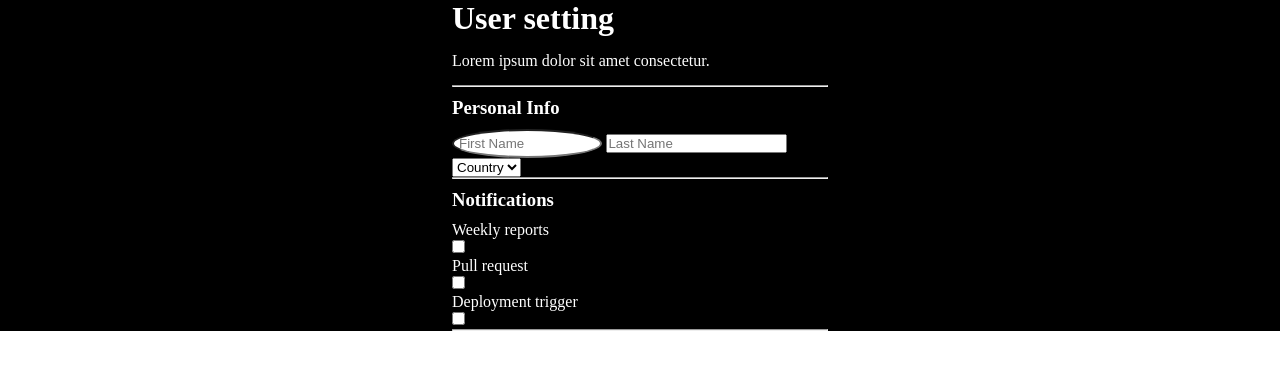
Repository: imokha01/DOM
Page: index.html
The author's editor kept a copy of each file at every save. The page is drawn from the files as they stood at one save, then again after the next save.
The browser window is 1280 px wide. The pictures show the whole page.

Above is the page before, as saved 2023-12-19 17:22:04.

### index.html
<!DOCTYPE html>
<html lang="en">
  <head>
    <meta charset="UTF-8" />
    <meta name="viewport" content="width=device-width, initial-scale=1.0" />
    <title>Document</title>
    <link rel="stylesheet" href="./index.css" />
  </head>
<body>
  <div class="form_container">
    <form action="#">
      <div>
          <h1>User setting</h1>
          <p id="userPara">Lorem ipsum dolor sit amet consectetur.</p>
      </div>
      <hr>
      <div>
        <h3>Personal Info</h3>
        <input type="text" class="firstName" placeholder="First Name">
        <input type="text" class="lastName" placeholder="Last Name"> <br>
        <select>
            <option value="country" disabled hidden selected>Country</option>
            <option value="Nigeria">Nigeria</option>
            <option value="ghana">Ghana</option>
            <option value="algeria">Algeria</option>
        </select>
        <hr>
        <div>
          <h3>Notifications</h3>
          <div class="weeklyReport">
            <p class="week-para">Weekly reports</p>
            <!-- Rounded switch -->
            <label class="switch">
                 <input type="checkbox">
                <span class="slider round"></span>
            </label>
          </div>
          <div class="pullRequest">
            <p class="pull-para">Pull request</p>
            <!-- Rounded switch -->
            <label class="switch">
                 <input type="checkbox">
                <span class="slider round"></span>
            </label>
          </div>
          <div class="deployment">
            <p class="depoly-para">Deployment trigger</p>
            <!-- Rounded switch -->
          <label class="switch">
                 <input type="checkbox">
                <span class="slider round"></span>
            </label>
          </div>
          <hr>



        </div>
      </div>
    </form>


  </div>
    <script src="./index.js"></script>
  </body>
</html>

### index.css
* {
    margin: 0;
    padding: 0;
    box-sizing: border-box;
}

.form_container {
    display: flex;
    justify-content: center;
    align-items: center;
    gap: 2px;
    background-color: black;
    color: while;
}

form {
    color: white;
}

#userPara {
    padding: 15px 0;
}

h3 {
    margin: 10px 0;
}

.firstName{
    width: 40%;
    padding: 5px;
    border-radius: 50%;
}







/* * The switch - the box around the slider */
/* .switch {
  position: relative;
  display: inline-block;
  width: 60px;
  height: 34px;
} */

/* Hide default HTML checkbox */
/* .switch input {
  opacity: 0;
  width: 0;
  height: 0;
} */

/* The slider */
/* .slider {
  position: absolute;
  cursor: pointer;
  top: 0;
  left: 0;
  right: 0;
  bottom: 0;
  background-color: #ccc;
  -webkit-transition: .4s;
  transition: .4s;
} */

.slider:before {
  position: absolute;
  content: "";
  height: 26px;
  width: 26px;
  left: 4px;
  bottom: 4px;
  -webkit-transition: .4s;
  transition: .4s;
}

input:checked + .slider {
  background-color: #2196F3;
}

input:focus + .slider {
  box-shadow: 0 0 1px #2196F3;
}

input:checked + .slider:before {
  -webkit-transform: translateX(26px);
  -ms-transform: translateX(26px);
  transform: translateX(26px);
}

/* Rounded sliders */
.slider.round {
  border-radius: 34px;
}

.slider.round:before {
  border-radius: 50%;
} */

### index.js
// const button = document.getElementsByTagName("button")[0]
// console.log(button)

// button.style.backgroundColor = "skyblue"
// button.style.padding = "20px";
// button.style.border = "none";
// button.style.borderRadius = "10px";
// button.style.fontSize  = "1.5em";
// button.style.color = "red";

// const body = document.querySelector("body")
// body.style.backgroundColor = "lightgreen";

const newDiv = document.createElement("div");
const newContent = document.createTextNode("hey, What is up");
newDiv.appendChild(newContent);
console.log(newDiv)

const button = document.createElement("button")

After the next save:
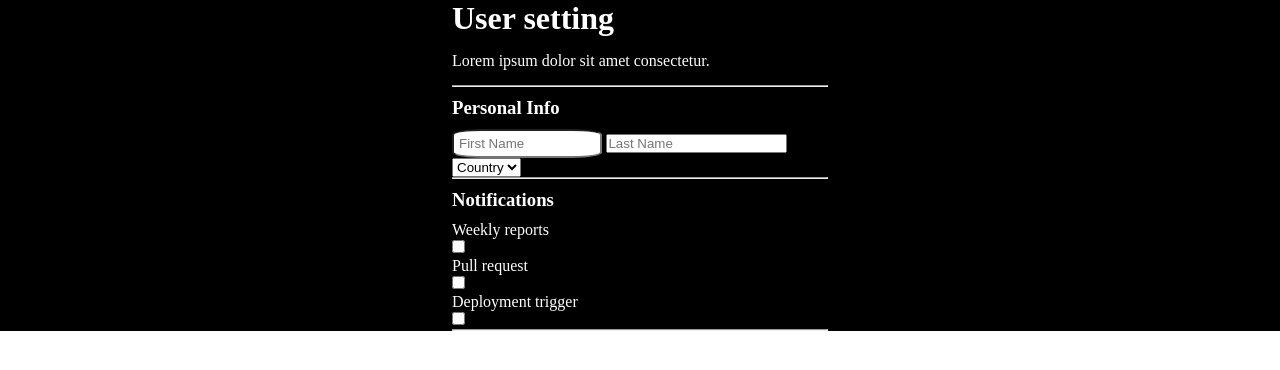
Saved 4 s later.
--- a/index.css
+++ b/index.css
@@ -28,7 +28,7 @@ h3 {
 .firstName{
     width: 40%;
     padding: 5px;
-    border-radius: 50%;
+    border-radius: 20%;
 }
 
 
